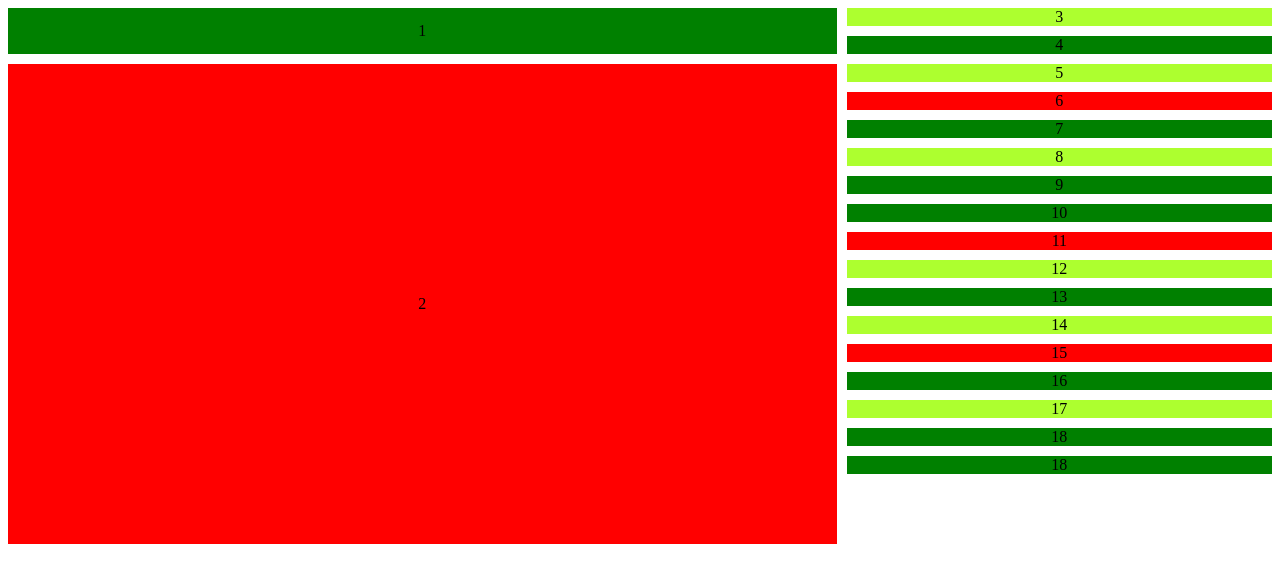
Repository: motiejus1/09-paskaita-05.31
Page: index.html
An editor plug-in stored every save of this project. The page is shown before and after the next save, followed by the edit.
The browser window is 1280 px wide. The pictures show the whole page.

Above is the page before, as saved 2021-06-15 19:44:16.

After the next save:
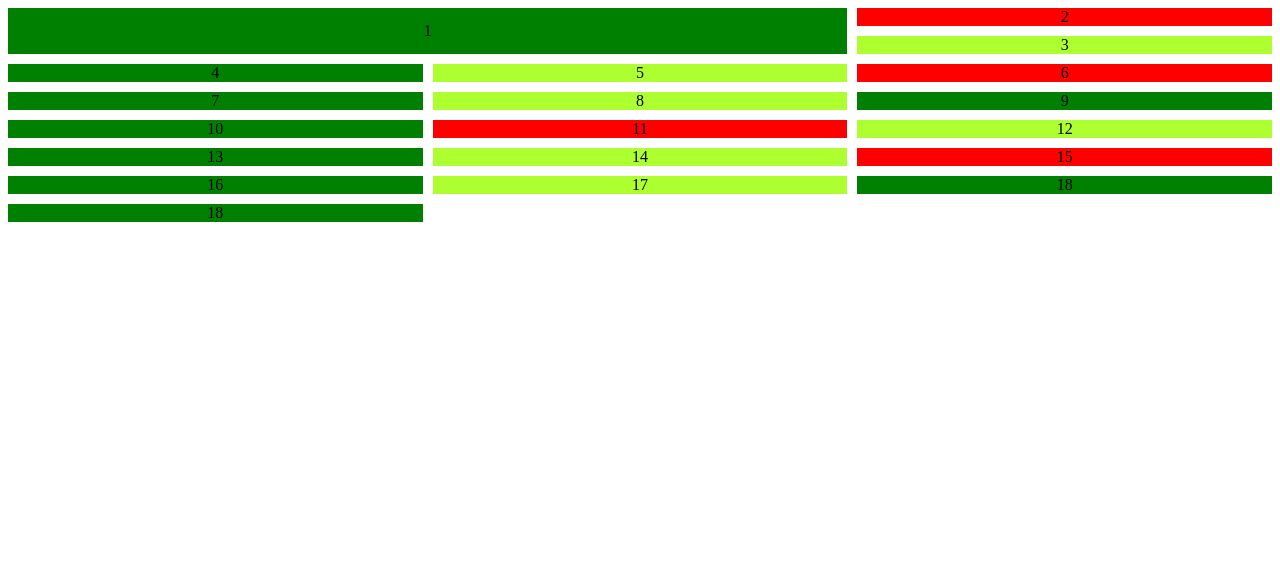
Saved 80 s later.
--- a/index.html
+++ b/index.html
@@ -32,12 +32,12 @@
             grid-row-end: 3 ;
         }
 
-        .grid-item-2 {
+        /* .grid-item-2 {
             grid-column-start: 1 ;
             grid-column-end: 3 ;
             grid-row-start: 3;
             grid-row-end: 25 ;
-        }
+        } */
 
         .grid-item {
             display:grid;
